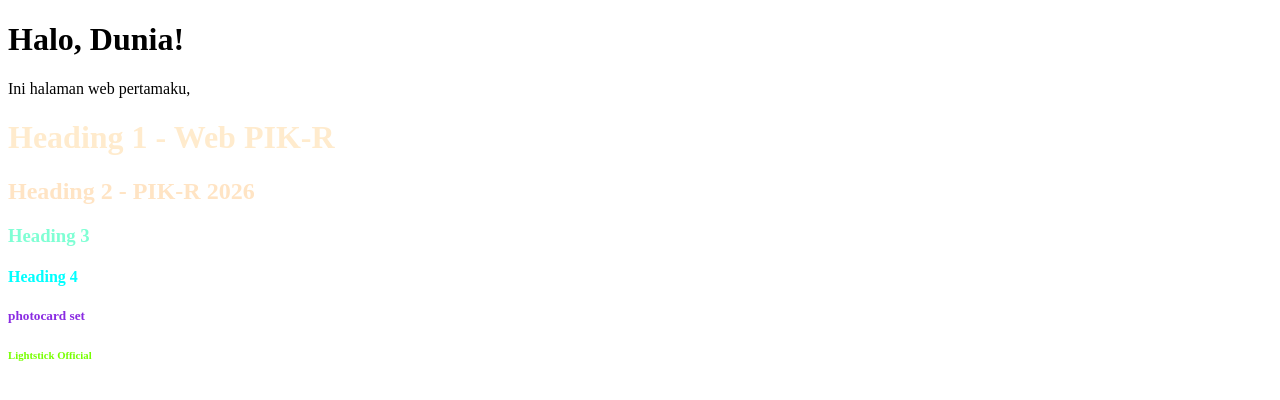
Repository: sekartazivi/241552010020-Web-Application-Development
Page: test.html
The author's editor kept a copy of each file at every save. The page is drawn from the files as they stood at one save, then again after a run of saves.
The browser window is 1280 px wide. The pictures show the whole page.

Above is the page before, as saved 2026-02-20 08:37:08.

After the next 2 saves:
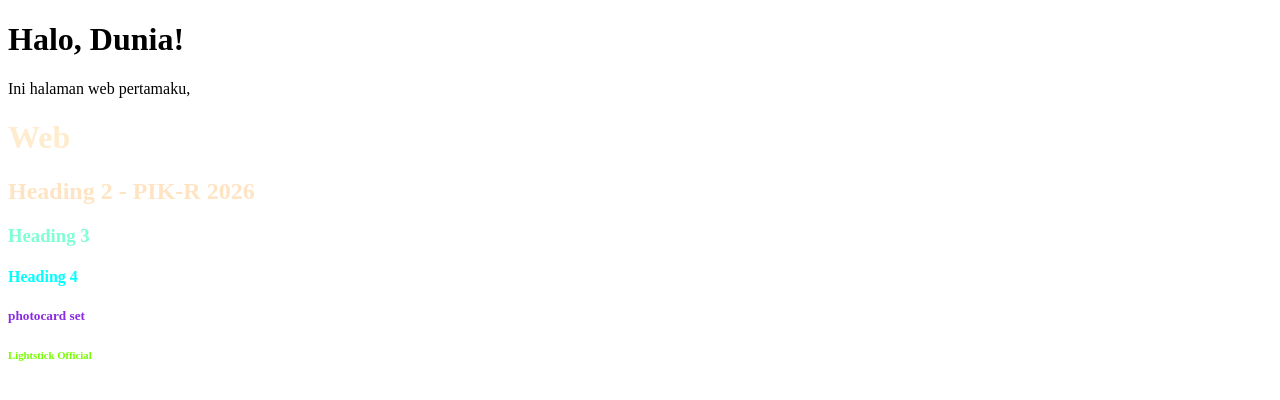
The 2 saves are shown as one change because they came seconds apart.
The last was saved 18 s later.
--- a/test.html
+++ b/test.html
@@ -8,7 +8,7 @@
 <body>
     <h1>Halo, Dunia!</h1>
     <p>Ini halaman web pertamaku,</p>
-    <h1 style="color: blanchedalmond;">Heading 1 - Web PIK-R</h1>
+    <h1 style="color: blanchedalmond;">Web </h1>
     <h2 style="color: bisque;">Heading 2 - PIK-R 2026</h2>
     <h3 style="color: aquamarine;" >Heading 3</h3>
     <h4 style="color: aqua;" >Heading 4</h4>
